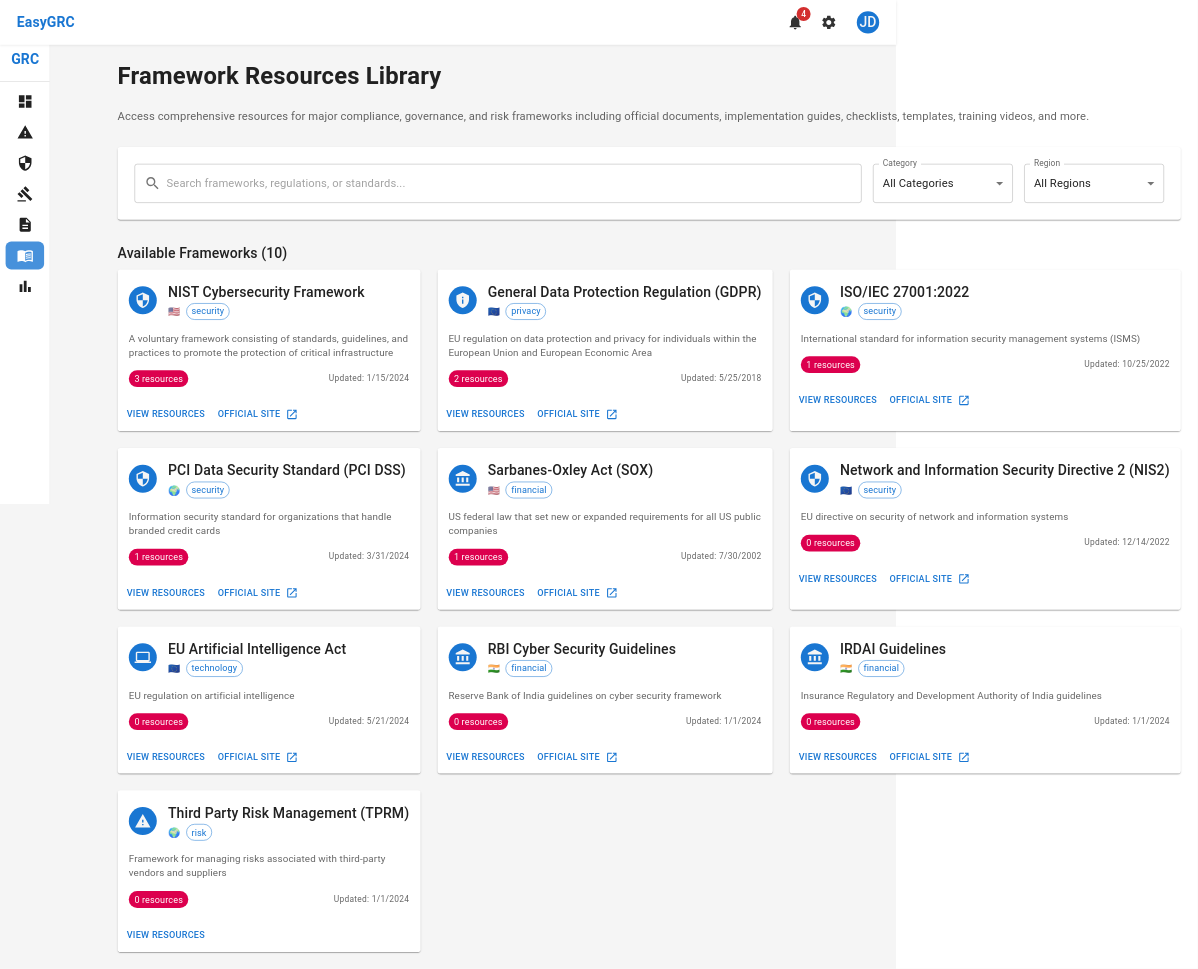
Repository: rano-g/easygrc
Page: /frameworks
These files come from the project's save history. The page is drawn as it stood at one moment and after the next save; the edit follows.
The browser window is 1280 px wide. The page is 1711 px wide, so the pictures cover 1711 px, including what lies to the right of the window. The pictures show the whole page, at 70% of full size.
The project was rebuilt for these pictures with package versions that can differ from the ones it lists, and the page was loaded fresh each time. Also part of the build but not shown: vite.config.ts, src/data/mockData.ts, src/pages/Dashboard.tsx, src/pages/RiskManagement.tsx, src/pages/Compliance.tsx, src/pages/AuditManagement.tsx, src/pages/PolicyManagement.tsx, src/pages/Reports.tsx.

Above is the page before, as saved 2025-09-03 18:17:23.

After the next save:
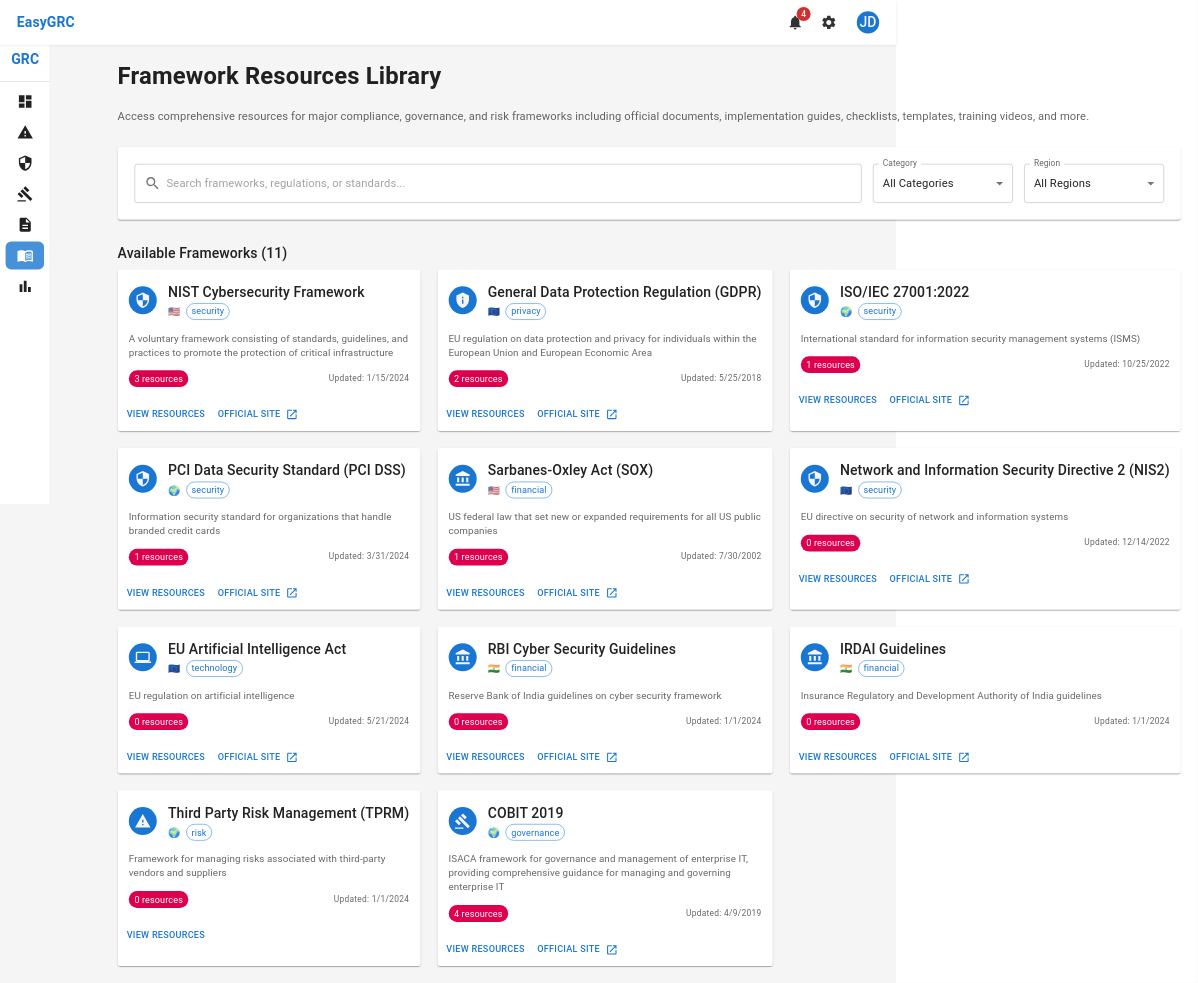
Saved 11 s later.
--- a/src/data/frameworksData.ts
+++ b/src/data/frameworksData.ts
@@ -276,6 +276,17 @@ export const mockFrameworks: Framework[] = [
     lastUpdated: new Date('2024-01-01'),
     officialUrl: '',
     resources: []
+  },
+  {
+    id: 'cobit-2019',
+    name: 'COBIT 2019',
+    category: 'governance',
+    description: 'ISACA framework for governance and management of enterprise IT, providing comprehensive guidance for managing and governing enterprise IT',
+    region: 'global',
+    status: 'active',
+    lastUpdated: new Date('2019-04-09'),
+    officialUrl: 'https://www.isaca.org/resources/cobit',
+    resources: mockFrameworkResources.filter(r => r.frameworkId === 'cobit-2019')
   }
 ];
 
